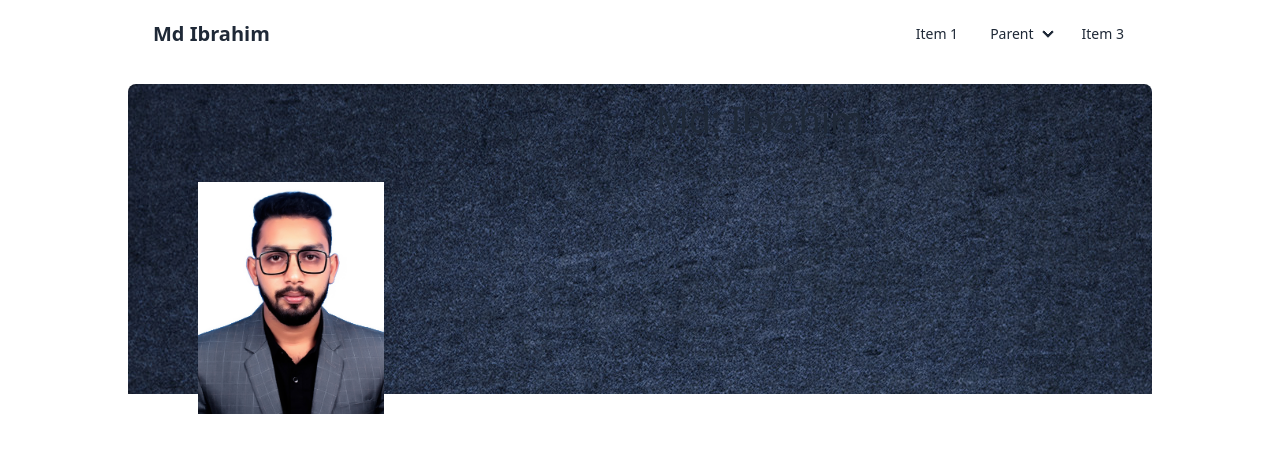
Repository: mdrubel02/portfilo
Page: /
These files come from the project's save history. The page is drawn as it stood at one moment and after the next save; the edit follows.
The browser window is 1280 px wide. The pictures show the whole page.
The project was rebuilt for these pictures with package versions that can differ from the ones it lists, and the page was loaded fresh each time. Also part of the build but not shown: vite.config.js.

Above is the page before, as saved 2023-06-25 13:53:44.

### src/main.jsx
import React from 'react'
import ReactDOM from 'react-dom/client'
import './index.css'
import { RouterProvider } from 'react-router-dom'
import router from './Layout/routes'



ReactDOM.createRoot(document.getElementById('root')).render(
  <React.StrictMode>
    <div className='max-w-screen-lg mx-auto'>
      <RouterProvider router={router} />
    </div>
  </React.StrictMode>,
)

### src/Layout/routes.jsx
import { createBrowserRouter } from "react-router-dom";
import Main from "./Main";
import Home from "../Pages/Home/Home";


const router = createBrowserRouter([
  {
    path: "/",
    element: <Main />,
    children: [
      { path: '/', element: <Home /> },
      { path: '/home', element: <Home /> }
    ]
  }
]);

export default router;

### src/Layout/Main.jsx
import React from 'react';
import Navbar from '../Shared/Navbar/Navbar';
import { Outlet } from 'react-router-dom';

const Main = () => {
    return (
        <div className=''>
            <Navbar />
            <Outlet />
        </div>
    );
};

export default Main;

### src/Pages/Home/Home.jsx
import React from 'react';
import profile from '../../assets/nayeem.jpg'
import banner from '../../assets/background-image.jpg'


const Home = () => {
    return (
        <div className='mt-3'>
            <div
             style={{backgroundImage: `url(${banner})`}}
            className='lg:h-[310px] max-[600px]:h-[450px relative rounded-t-lg'>
                    <div className='lg:flex mt-4'>
                        <div className='lg:w-1/2 flex justify-center items-center '>
                            <img className=' lg:h-3/4 max-[600px]:h-60 lg:absolute lg:bottom-[-20px] lg:left-[70px] mt-9 ' src={profile} alt="profile" />
                        </div>
                        <div className='lg:w-1/2 flex justify-start items-center'>
                            <div className='p-4 '>
                                <h3 className='text-4xl'>Md: Ibrahim</h3>
                            </div>
                        </div>
                    </div>
            </div>
        </div>
    );
};

export default Home;

### src/Shared/Navbar/Navbar.jsx
import React from 'react';

const Navbar = () => {
    return (
        <div className="navbar bg-base-100 ">
            <div className="navbar-start">
            <div className="dropdown ">
                    <label tabIndex={0} className="btn btn-ghost lg:hidden">
                        <svg xmlns="http://www.w3.org/2000/svg" className="h-5 w-5" fill="none" viewBox="0 0 24 24" stroke="currentColor"><path strokeLinecap="round" strokeLinejoin="round" strokeWidth="2" d="M4 6h16M4 12h8m-8 6h16" /></svg>
                    </label>
                    <ul tabIndex={0} className="menu menu-sm dropdown-content mt-3 z-[1] p-2 shadow bg-base-100 rounded-box w-52">
                        <li><a>Item 1</a></li>
                        <li>
                            <a>Parent</a>
                            <ul className="p-2">
                                <li><a>Submenu 1</a></li>
                                <li><a>Submenu 2</a></li>
                            </ul>
                        </li>
                        <li><a>Item 3</a></li>
                    </ul>
                </div>
                <a className="btn btn-ghost normal-case text-xl">Md Ibrahim</a>
            </div>
            <div className="navbar-end hidden lg:flex">
                <ul className="menu menu-horizontal px-1">
                    <li><a>Item 1</a></li>
                    <li tabIndex={0}>
                        <details>
                            <summary>Parent</summary>
                            <ul className="p-2">
                                <li><a>Submenu 1</a></li>
                                <li><a>Submenu 2</a></li>
                            </ul>
                        </details>
                    </li>
                    <li><a>Item 3</a></li>
                </ul>
            </div>


        </div>
    );
};

export default Navbar;

Loaded but not shown: index.html (common file); src/index.css (common file); tailwind.config.js (common file)

After the next save:
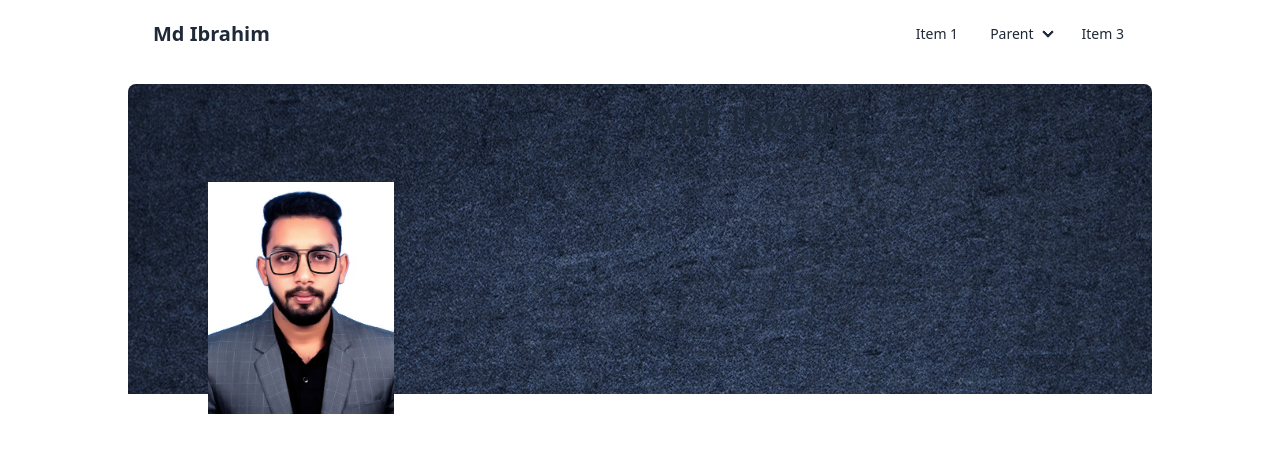
Saved 21 s later.
--- a/src/Pages/Home/Home.jsx
+++ b/src/Pages/Home/Home.jsx
@@ -11,7 +11,7 @@ const Home = () => {
             className='lg:h-[310px] max-[600px]:h-[450px relative rounded-t-lg'>
                     <div className='lg:flex mt-4'>
                         <div className='lg:w-1/2 flex justify-center items-center '>
-                            <img className=' lg:h-3/4 max-[600px]:h-60 lg:absolute lg:bottom-[-20px] lg:left-[70px] mt-9 ' src={profile} alt="profile" />
+                            <img className=' lg:h-3/4 max-[600px]:h-60 lg:absolute lg:bottom-[-20px] lg:left-[80px] mt-9 ' src={profile} alt="profile" />
                         </div>
                         <div className='lg:w-1/2 flex justify-start items-center'>
                             <div className='p-4 '>
